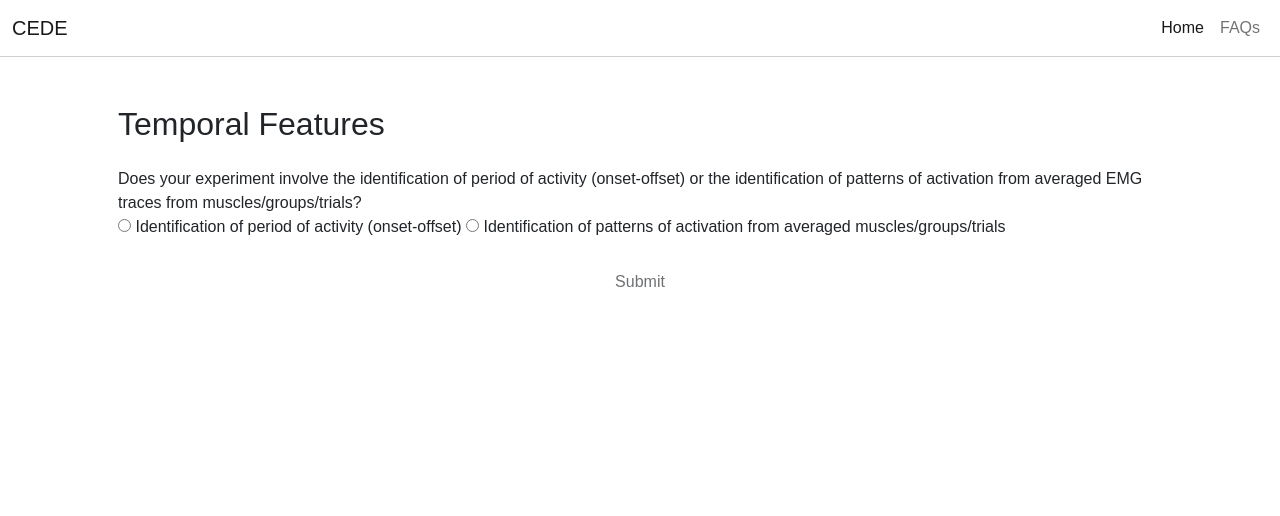
Repository: devashrisamani/CEDE-Website
Page: website/tempfeatures.html
These files come from the project's save history. The page is drawn as it stood at one moment and after the next save; the edit follows.
The browser window is 1280 px wide. The pictures show the whole page.

Above is the page before, as saved 2024-09-10 00:12:48.

After the next save:
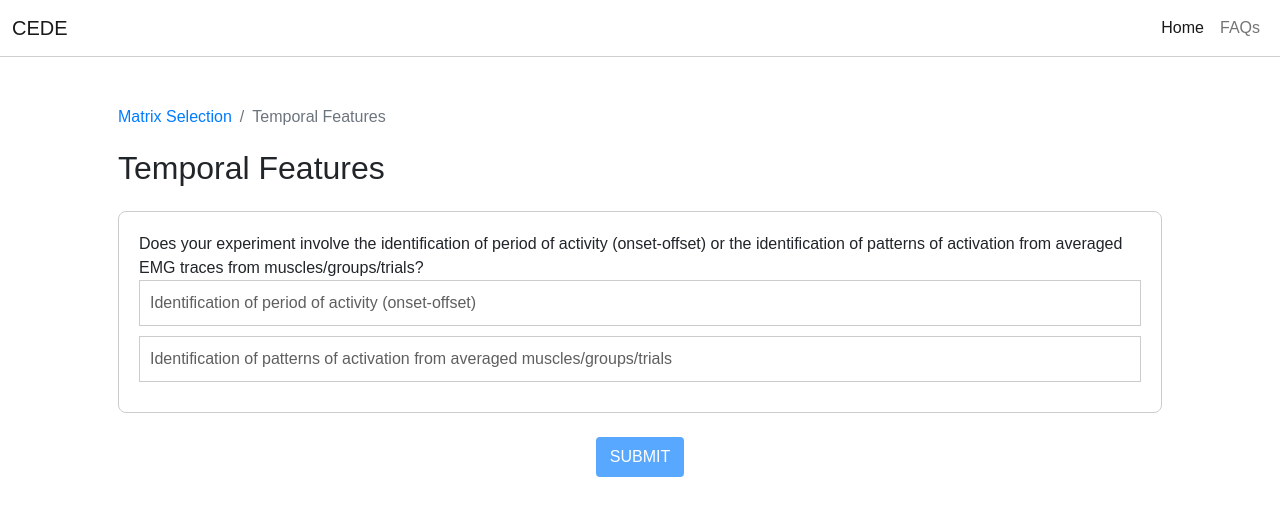
Saved 3 min 1 s later.
--- a/website/tempfeatures.html
+++ b/website/tempfeatures.html
@@ -10,7 +10,61 @@
     />
     <link rel="stylesheet" href="styles.css" />
     <style>
-      /* Your styles for tempfeatures page */
+      #wrapper {
+        width: 100%;
+        text-align: center;
+      }
+      .question-container {
+        background-color: white;
+        padding: 20px;
+        border-radius: 8px;
+        margin-bottom: 20px;
+        border: 1px solid #ccc;
+      }
+      .option {
+        display: flex;
+        align-items: center;
+        border: 1px solid #ccc;
+        margin-bottom: 10px;
+        padding: 10px;
+        cursor: pointer;
+        background-color: white;
+        color: #5f5f5f;
+      }
+      .option:hover {
+        background-color: #f0f0f0;
+      }
+      .option input[type="radio"] {
+        display: none;
+      }
+      .option.selected {
+        background-color: #d4edda;
+        border-color: #c3e6cb;
+      }
+
+      .text-center {
+        text-align: center;
+        margin-bottom: 96px;
+      }
+      button {
+        font-size: 1rem;
+        padding: 0.5rem 1rem;
+        border-radius: 30px;
+        border: 2px solid #007bff;
+        background-color: white;
+        color: #007bff;
+        text-transform: uppercase;
+      }
+      button:disabled {
+        background-color: #e9ecef;
+        color: #6c757d;
+        border: 2px solid #6c757d;
+      }
+      #submit-button {
+        background-color: #007bff;
+        color: white;
+        border: 2px solid #007bff;
+      }
     </style>
   </head>
   <body>
@@ -42,6 +96,16 @@
 
     <!-- Main Content -->
     <div class="container mt-5 px-5">
+      <nav aria-label="breadcrumb">
+        <ol class="breadcrumb">
+          <li class="breadcrumb-item">
+            <a href="index.html">Matrix Selection</a>
+          </li>
+          <li class="breadcrumb-item active" aria-current="page">
+            Temporal Features
+          </li>
+        </ol>
+      </nav>
       <h2 class="mb-4">Temporal Features</h2>
       <form id="question-form">
         <div class="question-container">
@@ -115,10 +179,10 @@
             "Identification of patterns of activation from averaged muscles/groups/trials is recommended.";
         }
 
-        // Store recommendation in localStorage with a unique key
+        // Store recommendation in localStorage with the unique key "temprecommendation"
         localStorage.setItem("temprecommendation", recommendation);
 
-        // Redirect to the temprecommendation page
+        // Redirect to temprecommendation.html page
         window.location.href = "temprecommendation.html";
       }
     </script>
